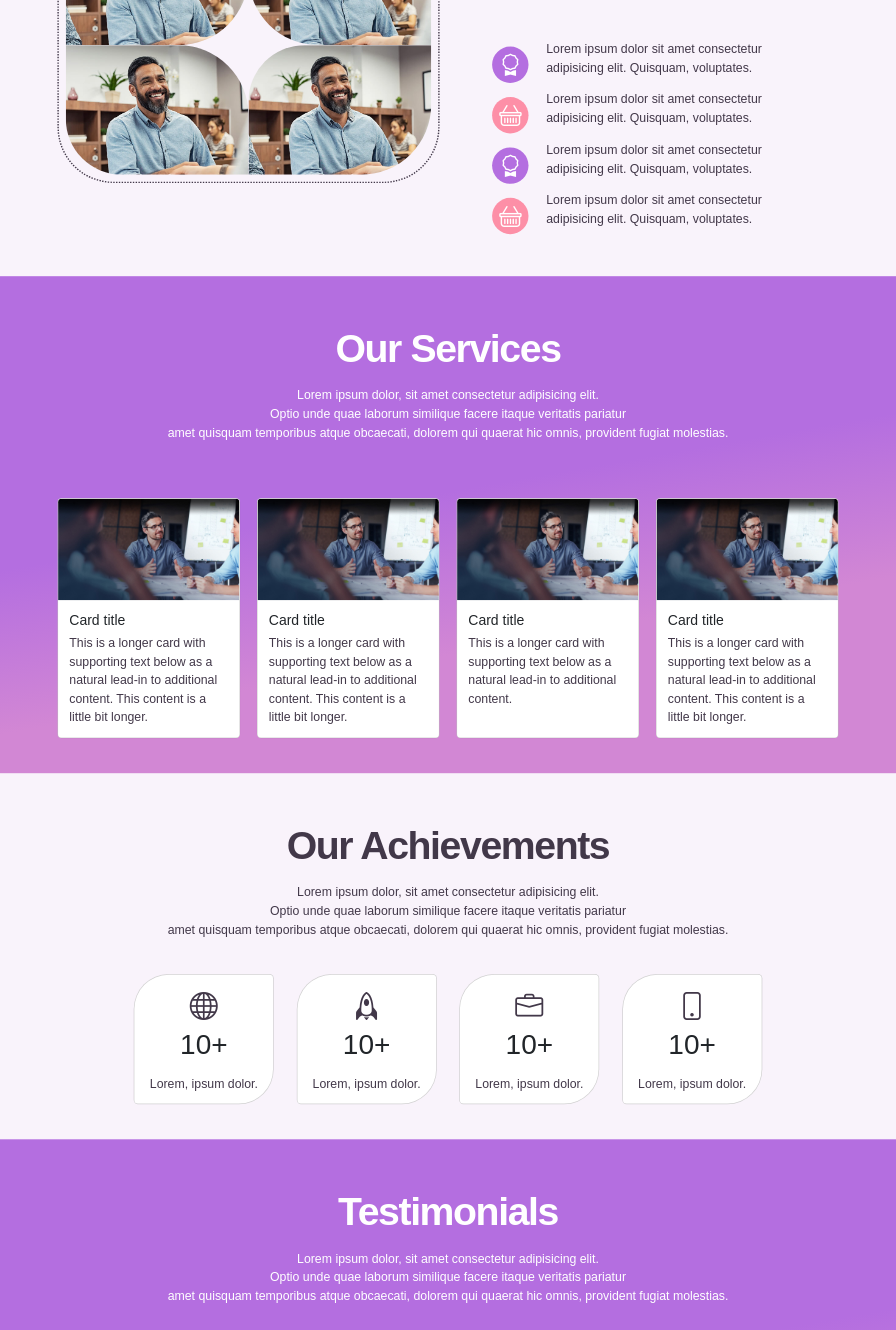
Repository: tagnam/project27012025
Page: index.html
An editor plug-in stored every save of this project. The page is shown before and after a run of saves, followed by the edit.
The browser window is 1280 px wide. The pictures show the part of the page from y = 1021 to 2921 px (the page is 3461 px tall before and 3209 px after), at 70% of full size.
A picture or video elsewhere on the page could not be fetched, so the positions and the page height are approximate.

Above is the page before, as saved 2025-01-28 13:03:53.

### index.html
<!DOCTYPE html>
<html lang="en">
    <head>
        <meta charset="UTF-8" />
        <meta name="viewport" content="width=device-width, initial-scale=1.0" />
        <link href="https://cdn.jsdelivr.net/npm/bootstrap@5.3.3/dist/css/bootstrap.min.css" rel="stylesheet" integrity="sha384-QWTKZyjpPEjISv5WaRU9OFeRpok6YctnYmDr5pNlyT2bRjXh0JMhjY6hW+ALEwIH" crossorigin="anonymous" />
        <link rel="stylesheet" href="style/css/index.css" />
        <link rel="stylesheet" href="style/css/animation.css" />
        <link rel="stylesheet" href="style/css/responsive.css" />
        <title>project27012025</title>
    </head>
    <body>
        <header>
            <!-- --------------------------------------------start nav bar ------------------------------->
            <nav class="navbar navbar-expand-lg custom-nav">
                <div class="container">
                    <div class="collapse navbar-collapse justify-content-between" id="navbarSupportedContent">
                        <a class="navbar-brand" href="#">Navbar</a>
                        <ul class="navbar-nav">
                            <li class="nav-item">
                                <a class="nav-link" href="#"><i class="bi bi-facebook"></i></a>
                            </li>
                            <li class="nav-item">
                                <a class="nav-link" href="#"><i class="bi bi-instagram"></i></a>
                            </li>
                            <li class="nav-item">
                                <a class="nav-link" href="#"><i class="bi bi-twitter"></i></a>
                            </li>
                        </ul>
                        <div class="d-flex">
                            <div class="menu-container" type="button" data-bs-toggle="offcanvas" data-bs-target="#offcanvasExample" aria-controls="offcanvasExample">
                                <span class="span-menu-01 menu-icon"></span>
                                <span class="span-menu-02 menu-icon"></span>
                                <span class="span-menu-03 menu-icon"></span>
                            </div>
                        </div>
                    </div>
                </div>
            </nav>

            <!-- ------------------------------start offcanvas ---------------------------------------->
            <div class="offcanvas offcanvas-start" tabindex="-1" id="offcanvasExample" aria-labelledby="offcanvasExampleLabel">
                <div class="offcanvas-header">
                    <h5 class="offcanvas-title" id="offcanvasExampleLabel">Offcanvas</h5>
                    <button type="button" class="btn-close text-reset" data-bs-dismiss="offcanvas" aria-label="Close"></button>
                </div>
                <div class="offcanvas-body">
                    <div>
                        Some text as placeholder. In real life you can have the elements you have chosen. Like, text, images, lists, etc.
                    </div>
                    <div class="dropdown mt-3">
                        <button class="btn btn-secondary dropdown-toggle" type="button" id="dropdownMenuButton" data-bs-toggle="dropdown">
                            Dropdown button
                        </button>
                        <ul class="dropdown-menu" aria-labelledby="dropdownMenuButton">
                            <li><a class="dropdown-item" href="#">Action</a></li>
                            <li><a class="dropdown-item" href="#">Another action</a></li>
                            <li><a class="dropdown-item" href="#">Something else here</a></li>
                        </ul>
                    </div>
                </div>
            </div>
            <!-- -----------------------------end offcanvas ------------------------------------------->
            <!------------------------------------------------ end navbar ----------------------------->
        </header>
        <section class="hero-section">
            <div class="container" style="height: 100%;">
                <div class="row">
                    <div class="col-lg-6 col-md-6 col-sm-12">
                        <div class="banner-content">
                            <h1>Lorem ipsum dolor dolor sit amet, consectetur</h1>
                            <p>
                                Lorem ipsum dolor sit amet, consectetur adipisicing elit. Doloribus in culpa ipsa, amet ad<br />
                                eveniet. Fugiat architecto atque consequuntur repellendus!
                            </p>
                            <button class="btn btn-primary">Get Started</button>
                        </div>
                    </div>
                    <div class="col-lg-6 col-md-6 col-sm-12">
                        <div class="banner-img d-flex justify-content-end">
                            <img src="image/hero-banner-01.webp" class="w-100" alt="" />
                        </div>
                    </div>
                </div>

            </div>
        </section>
        <section class="client-section">
            <div class="container-fluid">
                <div class="row row-cols-3 row-cols-md-6 g-4">
                    <div class="col client-logo">
                        <a class="navbar-brand w-25" href="#">Navbar</a>
                    </div>
                    <div class="col client-logo">
                        <a class="navbar-brand w-25" href="#">Navbar</a>
                    </div>
                    <div class="col client-logo">
                        <a class="navbar-brand w-25" href="#">Navbar</a>
                    </div>
                    <div class="col client-logo">
                        <a class="navbar-brand w-25" href="#">Navbar</a>
                    </div>
                    <div class="col client-logo">
                        <a class="navbar-brand w-25" href="#">Navbar</a>
                    </div>
                    <div class="col client-logo">
                        <a class="navbar-brand w-25" href="#">Navbar</a>
                    </div>
                </div>
            </div>
        </section>

        <section>
            <div class="container">
                <div class="row">
                    <div class="col-lg-6 col-md-6 col-sm-12">
                        <div class="about-row row row-cols-1 row-cols-md-2 g-0">
                            <div class="col">
                                <div class="img">
                                    <img src="image/elearning-08.jpg" class="about-row-img-01 w-100" alt="" />
                                </div>
                            </div>
                            <div class="col">
                                <div class="img">
                                    <img src="image/elearning-08.jpg" class="about-row-img-02 w-100" alt="" />
                                </div>
                            </div>
                            <div class="col">
                                <div class="img">
                                    <img src="image/elearning-08.jpg" class="about-row-img-03 w-100" alt="" />
                                </div>
                            </div>
                            <div class="col">
                                <div class="img">
                                    <img src="image/elearning-08.jpg" class="about-row-img-04 w-100" alt="" />
                                </div>
                            </div>
                        </div>
                    </div>
                    <div class="col-lg-6 col-md-6 col-sm-12">
                        <div class="about-content">
                            <div class="main-heading">
                                <h2>About Us</h2>
                                <p>
                                    Lorem ipsum dolor, sit amet consectetur adipisicing elit. Optio unde quae laborum similique facere itaque veritatis pariatur amet quisquam temporibus atque obcaecati, dolorem qui quaerat hic omnis,
                                    provident fugiat molestias.
                                </p>
                            </div>
                            <div class="about-list">
                                <div class="row">
                                    <div class="col-md-2">
                                        <div class="about-icon">
                                            <i class="bi bi-award"></i>
                                        </div>
                                    </div>
                                    <div class="col-md-10">
                                        <div class="about-text">
                                            <p>Lorem ipsum dolor sit amet consectetur adipisicing elit. Quisquam, voluptates.</p>
                                        </div>
                                    </div>
                                </div>
                                <div class="row">
                                    <div class="col-md-2">
                                        <div class="about-icon">
                                            <i class="bi bi-basket"></i>
                                        </div>
                                    </div>
                                    <div class="col-md-10">
                                        <div class="about-text">
                                            <p>Lorem ipsum dolor sit amet consectetur adipisicing elit. Quisquam, voluptates.</p>
                                        </div>
                                    </div>
                                </div>
                                <div class="row">
                                    <div class="col-md-2">
                                        <div class="about-icon">
                                            <i class="bi bi-award"></i>
                                        </div>
                                    </div>
                                    <div class="col-md-10">
                                        <div class="about-text">
                                            <p>Lorem ipsum dolor sit amet consectetur adipisicing elit. Quisquam, voluptates.</p>
                                        </div>
                                    </div>
                                </div>
                                <div class="row">
                                    <div class="col-md-2">
                                        <div class="about-icon">
                                            <i class="bi bi-basket"></i>
                                        </div>
                                    </div>
                                    <div class="col-md-10">
                                        <div class="about-text">
                                            <p>Lorem ipsum dolor sit amet consectetur adipisicing elit. Quisquam, voluptates.</p>
                                        </div>
                                    </div>
                                </div>
                            </div>
                        </div>
                    </div>
                </div>
            </div>
        </section>
        <section class="service-section">
                <div class="container">
                    <div class="main-heading-white">
                        <h2>Our Services</h2>
                        <p>
                            Lorem ipsum dolor, sit amet consectetur adipisicing elit.<br> Optio unde quae laborum similique facere itaque veritatis pariatur <br>amet quisquam temporibus atque obcaecati, dolorem qui quaerat hic omnis,
                            provident fugiat molestias.
                        </p>
                    </div>
                    <div class="row row-cols-1 row-cols-md-4 g-4">
                        <div class="col">
                          <div class="card h-100">
                            <img src="image/business-banner.jpg" class="card-img-top" alt="...">
                            <div class="card-body">
                              <h5 class="card-title">Card title</h5>
                              <p class="card-text">This is a longer card with supporting text below as a natural lead-in to additional content. This content is a little bit longer.</p>
                            </div>
                          </div>
                        </div>
                        <div class="col">
                          <div class="card h-100">
                            <img src="image/business-banner.jpg" class="card-img-top" alt="...">
                            <div class="card-body">
                              <h5 class="card-title">Card title</h5>
                              <p class="card-text">This is a longer card with supporting text below as a natural lead-in to additional content. This content is a little bit longer.</p>
                            </div>
                          </div>
                        </div>
                        <div class="col">
                          <div class="card h-100">
                            <img src="image/business-banner.jpg" class="card-img-top" alt="...">
                            <div class="card-body">
                              <h5 class="card-title">Card title</h5>
                              <p class="card-text">This is a longer card with supporting text below as a natural lead-in to additional content.</p>
                            </div>
                          </div>
                        </div>
                        <div class="col">
                          <div class="card h-100">
                            <img src="image/business-banner.jpg" class="card-img-top" alt="...">
                            <div class="card-body">
                              <h5 class="card-title">Card title</h5>
                              <p class="card-text">This is a longer card with supporting text below as a natural lead-in to additional content. This content is a little bit longer.</p>
                            </div>
                          </div>
                        </div>
                      </div>
                </div>
        </section>
        <section class="counter-section" style="padding: 50px 0px;">
            <div class="container">
                <div class="main-heading" style="margin-bottom: 50px; text-align: center;">
                    <h2>Our Achievements</h2>
                    <p>
                        Lorem ipsum dolor, sit amet consectetur adipisicing elit.<br> Optio unde quae laborum similique facere itaque veritatis pariatur <br>amet quisquam temporibus atque obcaecati, dolorem qui quaerat hic omnis,
                        provident fugiat molestias.
                    </p>
                </div>
                <div class="row justify-content-center">
                    <div class="col-lg-10 ">
                        <div class="row  g-1 justify-content-center">
                            <div class="col" style="display: flex; justify-content: center;">
                                <div class="card counter-card" >
                                    <div class="counter">
                                        <div class="counter-icon">
                                            <i class="bi bi-globe"></i>
                                        </div>
                                        <h1 class="counter-title">10+</h1>
                                        <p class="counter-text">Lorem, ipsum dolor.</p>
                                    </div>
                                </div>
                            </div>
                            <div class="col" style="display: flex; justify-content: center;">
                                <div class="card counter-card" >
                                    <div class="counter">
                                        <div class="counter-icon">
                                            <i class="bi bi-rocket"></i>
                                        </div>
                                        <h1 class="counter-title">10+</h1>
                                        <p class="counter-text">Lorem, ipsum dolor.</p>
                                    </div>
                                </div>
                            </div>
                            <div class="col" style="display: flex; justify-content: center;">
                                <div class="card counter-card" >
                                    <div class="counter">
                                        <div class="counter-icon">
                                            <i class="bi bi-briefcase"></i>
                                        </div>
                                        <h1 class="counter-title">10+</h1>
                                        <p class="counter-text">Lorem, ipsum dolor.</p>
                                    </div>
                                </div>
                            </div>
                            <div class="col" style="display: flex; justify-content: center;">
                                <div class="card counter-card" >
                                    <div class="counter">
                                            <i class="bi bi-phone"></i>

                                        <h1 class="counter-title">10+</h1>
                                        <p class="counter-text">Lorem, ipsum dolor.</p>
                                    </div>
                                </div>
                            </div>
                        </div>
                    </div>
                </div>
            </div>
        </section>
        <section class="testimonial-section">
            <div class="container">
                <div class="main-heading-white">
                    <h2>Testimonials</h2>
                    <p>
                        Lorem ipsum dolor, sit amet consectetur adipisicing elit.<br />
                        Optio unde quae laborum similique facere itaque veritatis pariatur <br />
                        amet quisquam temporibus atque obcaecati, dolorem qui quaerat hic omnis, provident fugiat molestias.
                    </p>
                </div>
                <div class="row row-cols-1 row-cols-md-3 g-4">
                    <div class="col">
                        <div class="card h-100">


                            <div class="card-body">
                                <div class="img-body">
                                    <img src="..." class="width:" alt="..." />
                                    <h5 class="card-title">Card title</h5>
                                </div>
                                <p class="card-text">This is a longer card with supporting text below as a natural lead-in to additional content. This content is a little bit longer.</p>
                            </div>
                        </div>
                    </div>


                </div>
            </div>
        </section>

        <script src="https://cdn.jsdelivr.net/npm/bootstrap@5.3.3/dist/js/bootstrap.bundle.min.js" integrity="sha384-YvpcrYf0tY3lHB60NNkmXc5s9fDVZLESaAA55NDzOxhy9GkcIdslK1eN7N6jIeHz" crossorigin="anonymous"></script>
        <script src="style/js/custom.js"></script>
    </body>
</html>

Loaded but not shown: style/css/index.css (244 lines, source omitted); style/js/custom.js (no copy from this time; the picture is the same without it); style/css/animation.css (no stored copy; drawn as an empty file); style/css/responsive.css (no stored copy; drawn as an empty file)

After the next 7 saves:
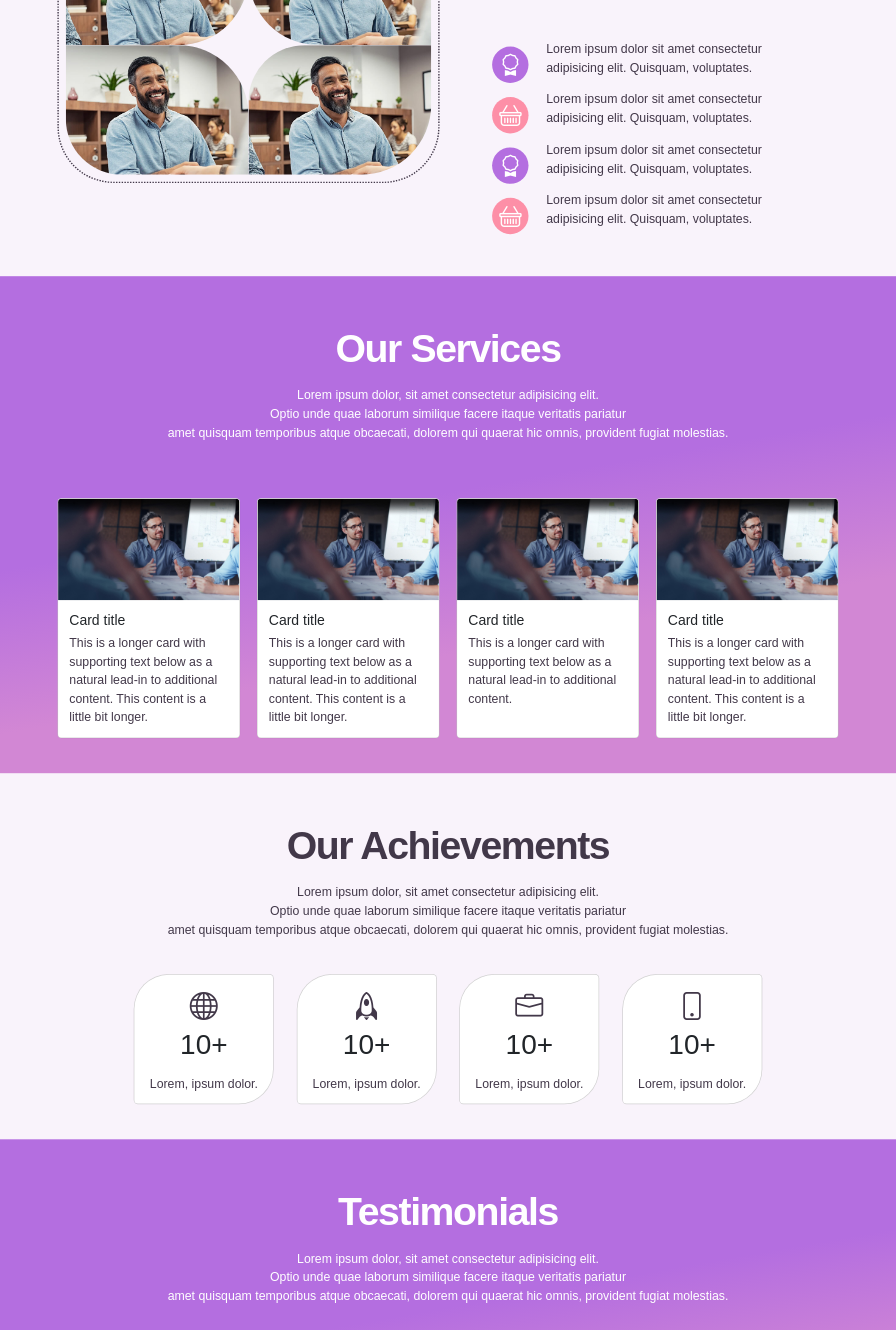
The 7 saves are shown as one change because they came seconds apart.
The last was saved 20 s later.
--- a/index.html
+++ b/index.html
@@ -327,7 +327,7 @@
 
                             <div class="card-body">
                                 <div class="img-body">
-                                    <img src="..." class="width:" alt="..." />
+                                    <img src="..." style="width: 80px; height: 80px;" alt="..." />
                                     <h5 class="card-title">Card title</h5>
                                 </div>
                                 <p class="card-text">This is a longer card with supporting text below as a natural lead-in to additional content. This content is a little bit longer.</p>
